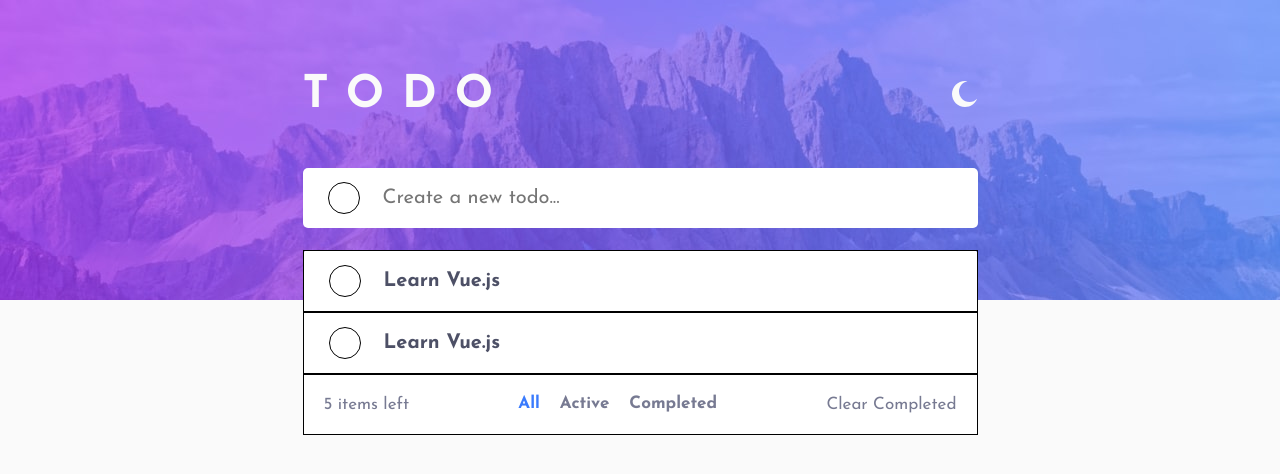
Repository: tomas938/todo-app
Page: /
An editor plug-in stored every save of this project. The page is shown before and after the next save, followed by the edit.
The browser window is 1280 px wide. The pictures show the whole page.
The project was rebuilt for these pictures with package versions that can differ from the ones it lists, and the page was loaded fresh each time.

Above is the page before, as saved 2021-08-18 12:07:40.

### src/main.js
import { createApp } from "vue";
import App from "./App.vue";
import router from "./router";

createApp(App)
	.use(router)
	.mount("#app");

### src/App.vue
<template>
	<router-view />
</template>

<style lang="scss">
@import "/src/scss/_variables";
:root {
	.dark {
		--items-bg-color: hsl(235, 24%, 19%);
		--body-bg: hsl(235, 21%, 11%);
	}
	.light {
		--items-bg-color: hsl(0, 0%, 100%);
		--body-bg: hsl(0, 0%, 98%);
		--todo-text: hsl(233, 14%, 35%);
		--todo-border: hsl(234, 39%, 85%);
	}
}
* {
	margin: 0;
	padding: 0;
	box-sizing: border-box;
}
html {
	font-size: 62.5%;
}
body {
	font-size: 1.8rem;
	font-family: $font-primary;
	background-color: var(--body-bg);
}

li {
	list-style: none;
}
</style>

### src/router/index.js
import { createRouter, createWebHashHistory } from "vue-router";
import Home from "../views/Home.vue";

const routes = [
	{
		path: "/",
		name: "Home",
		component: Home,
	},
];

const router = createRouter({
	history: createWebHashHistory(),
	routes,
});

export default router;

### src/scss/_variables.scss
// LINK COLLORS-PRIMARY //

$primary: hsl(220, 98%, 61%);
$primary-bg: linear-gradient hsl(192, 100%, 67%) to hsl(280, 87%, 65%);

// LINK LIGHT THEME //

$light-gray: hsl(0, 0%, 98%);
$very-light-grayish-blue: hsl(236, 33%, 92%);
$light-grayish-blue: hsl(233, 11%, 84%);
$dark-grayish-blue: hsl(236, 9%, 61%);
$very-dark-grayish-blue: hsl(235, 19%, 35%);

// LINK DARK THEME //

$very-dark-blue: hsl(235, 21%, 11%);
$dark-desaturated-blue: hsl(235, 24%, 19%);
$light-grayish-blue--dark: hsl(234, 39%, 85%);
$light-grayish-blue--dark-hover: hsl(236, 33%, 92%);
$dark-grayish-blue--dark: hsl(234, 11%, 52%);
$very-dark-grayish-blue--dark: hsl(233, 14%, 35%);
$very-dark-grayish-blue--dark-2: hsl(237, 14%, 26%);

// LINK FONT //

@import url("https://fonts.googleapis.com/css2?family=Josefin+Sans:wght@400;700&display=swap");
$font-primary: "Josefin Sans", sans-serif;
$light: 400;
$bold: 700;

### src/views/Home.vue
<template>
	<Header />
	<Todos />
</template>

<script>
import Header from "../components/Header";
import Todos from "../components/Todos.vue";
export default {
	components: {
		Header,
		Todos,
	},
};
</script>
<style lang="scss"></style>

### src/components/Header.vue
<template>
	<header>
		<nav class="nav container">
			<div class="nav__title">
				<h1>todo</h1>
			</div>
			<svg
				v-if="ligth"
				@click="changeTheme"
				class="nav__theme"
				xmlns="http://www.w3.org/2000/svg"
				width="26"
				height="26"
			>
				<path
					fill="#fafafa"
					fill-rule="evenodd"
					d="M13 0c.81 0 1.603.074 2.373.216C10.593 1.199 7 5.43 7 10.5 7 16.299 11.701 21 17.5 21c2.996 0 5.7-1.255 7.613-3.268C23.22 22.572 18.51 26 13 26 5.82 26 0 20.18 0 13S5.82 0 13 0z"
				/>
			</svg>
			<svg
				v-else
				@click="changeTheme"
				xmlns="http://www.w3.org/2000/svg"
				width="26"
				height="26"
			>
				<path
					fill="#fafafa"
					fill-rule="evenodd"
					d="M13 21a1 1 0 011 1v3a1 1 0 11-2 0v-3a1 1 0 011-1zm-5.657-2.343a1 1 0 010 1.414l-2.121 2.121a1 1 0 01-1.414-1.414l2.12-2.121a1 1 0 011.415 0zm12.728 0l2.121 2.121a1 1 0 01-1.414 1.414l-2.121-2.12a1 1 0 011.414-1.415zM13 8a5 5 0 110 10 5 5 0 010-10zm12 4a1 1 0 110 2h-3a1 1 0 110-2h3zM4 12a1 1 0 110 2H1a1 1 0 110-2h3zm18.192-8.192a1 1 0 010 1.414l-2.12 2.121a1 1 0 01-1.415-1.414l2.121-2.121a1 1 0 011.414 0zm-16.97 0l2.121 2.12A1 1 0 015.93 7.344L3.808 5.222a1 1 0 011.414-1.414zM13 0a1 1 0 011 1v3a1 1 0 11-2 0V1a1 1 0 011-1z"
				/>
			</svg>
		</nav>
		<div class="new-todo">
			<input type="text" placeholder="Create a new todo..." />
		</div>
	</header>
</template>

<script>
export default {
	data() {
		return {
			ligth: true,
			body: document.body,
		};
	},
	methods: {
		changeTheme() {
			this.ligth = !this.ligth;
			if (!this.ligth) {
				this.body.classList.remove("light");
				this.body.classList.add("dark");
			} else {
				this.body.classList.remove("dark");
				this.body.classList.add("light");
			}
		},
	},
	mounted() {
		this.body.classList.add("light");
	},
};
</script>

<style lang="scss" scoped>
@import "/src/scss/_variables";

header {
	height: 30rem;
	display: flex;
	flex-direction: column;
	align-items: center;
	justify-content: center;
	gap: 5rem;
	padding: 3rem;
	background-image: url(../assets/bg-desktop-light.jpg);
	background-repeat: no-repeat;
	background-size: cover;
}
.nav {
	max-width: 67.5rem;
	width: 100%;
	display: flex;
	justify-content: space-between;
	align-items: baseline;
	&__title h1 {
		font-size: 4.5rem;
		letter-spacing: 1.8rem;
		text-transform: uppercase;
	}

	svg {
		cursor: pointer;
	}
}
.new-todo {
	max-width: 67.5rem;
	width: 100%;
	position: relative;
	&::before {
		content: "";
		position: absolute;
		top: 50%;
		transform: translateY(-50%);
		left: 2.5rem;
		width: 3rem;
		height: 3rem;
		border-radius: 50%;
		border: 1px solid black;
	}
}
input {
	width: 100%;
	outline: none;
	border: none;
	padding: 2rem;
	padding-left: 8rem;
	border-radius: 0.5rem;
	font-size: 2rem;
	font-family: $font-primary;
	font-weight: $light;
}
h1 {
	color: $light-gray;
}
</style>

### src/components/Todos.vue
<template>
	<main>
		<ul class="todos">
			<li class="todo-item">
				<span>Learn Vue.js</span>
			</li>
			<li class="todo-item">
				<span>Learn Vue.js</span>
			</li>
			<div class="filters">
				<div class="items-left">
					<span>5 items left</span>
				</div>
				<div class="filter">
					<span>All</span>
					<span>Active</span>
					<span>Completed</span>
				</div>
				<div class="clear">
					<span>Clear Completed</span>
				</div>
			</div>
		</ul>
	</main>
</template>

<script>
export default {};
</script>

<style lang="scss" scoped>
@import "/src/scss/_variables";

main {
	display: flex;
	justify-content: center;
	transform: translateY(-5rem);
}
.todos {
	max-width: 67.5rem;
	width: 100%;
	border-radius: 0.5rem;
	background-color: var(--items-bg-color);
}
.todo-item {
	position: relative;
	width: 100%;
	padding: 2rem;
	padding-left: 8rem;
	font-size: 2rem;
	font-family: $font-primary;
	font-weight: $bold;
	color: var(--todo-text);
	border: 1px solid black;

	// FIXME maybe group styling //
	&::before {
		cursor: pointer;
		content: "";
		position: absolute;
		top: 50%;
		transform: translateY(-50%);
		left: 2.5rem;
		width: 3rem;
		height: 3rem;
		border-radius: 50%;
		border: 1px solid black;
	}
	&::after {
		opacity: 0;
		cursor: pointer;
		content: "";
		position: absolute;
		right: 2.5rem;
		width: 2.6rem;
		height: 2.6rem;
		background-image: url(../assets/icon-cross.svg);
		background-repeat: no-repeat;
	}
	&:hover:after {
		transition: opacity 0.5s ease-in-out;
		opacity: 1;
	}
}
.filters {
	display: flex;
	justify-content: space-between;
	border: 1px solid black;
	padding: 2rem;
	.filter {
		display: flex;
		gap: 2rem;
		span {
			font-weight: $bold;
			&:first-child {
				color: $primary;
			}
		}
	}
	.items-left {
		span {
			cursor: auto;
		}
	}
	span {
		color: $dark-grayish-blue--dark;
		cursor: pointer;
		font-size: 1.7rem;
	}
}
</style>

Loaded but not shown: public/index.html (common file)

After the next save:
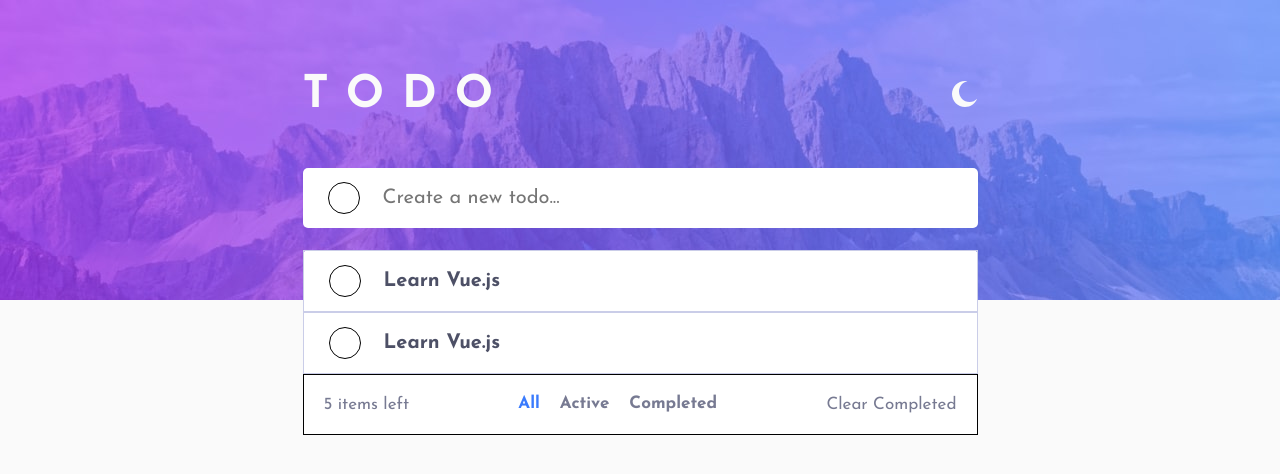
Saved 17 s later.
--- a/src/components/Todos.vue
+++ b/src/components/Todos.vue
@@ -51,7 +51,7 @@ main {
 	font-family: $font-primary;
 	font-weight: $bold;
 	color: var(--todo-text);
-	border: 1px solid black;
+	border: 1px solid var(--todo-border);
 
 	// FIXME maybe group styling //
 	&::before {
